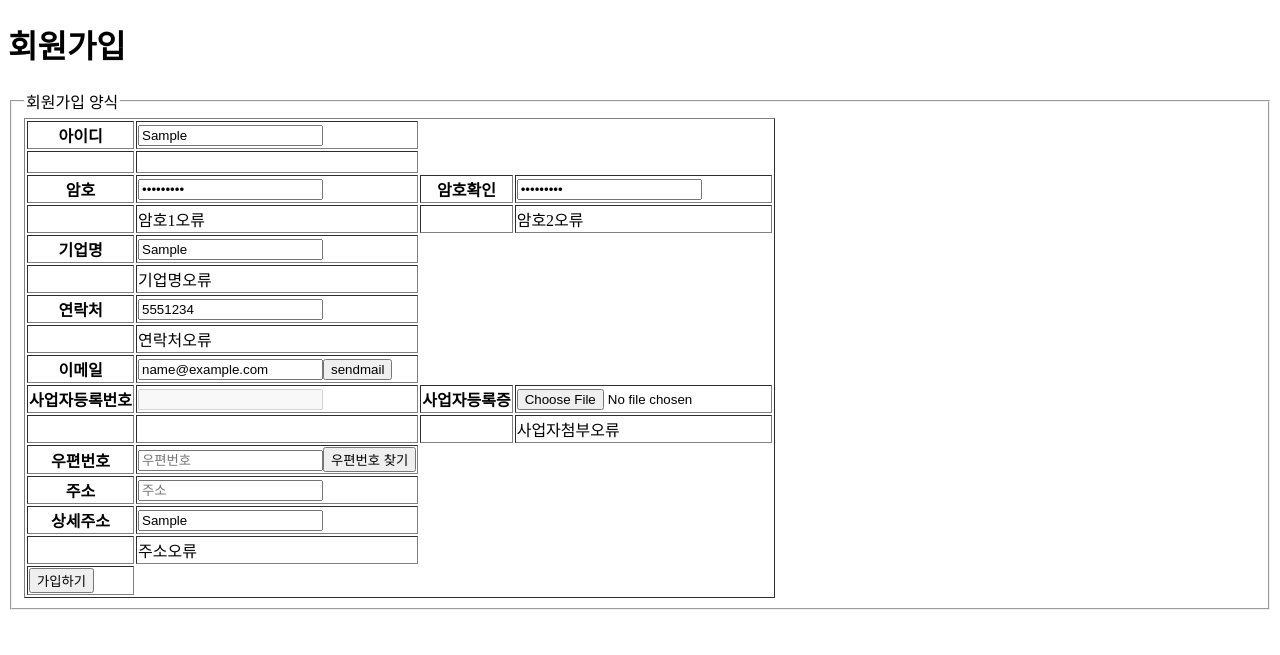
Repository: jsung95/MY_JEE_BAK
Page: http://localhost/notice_test/WEB-INF/views/register/register.jsp
An editor plug-in stored every save of this project. The page is shown before and after the next save, followed by the edit.
The browser window is 1280 px wide. The pictures show the whole page.
Empty fields were first filled with sample values (such as "Sample", 5 or name@example.com).
After loading, the first visible `#memberid` was changed once.
The page is served by Tomcat 9. Nobody is signed in. The template is opened directly, without the code that normally fills it, so the values that code supplies are empty.

Above is the page before, as saved 2021-08-22 02:50:54.

After the next save:
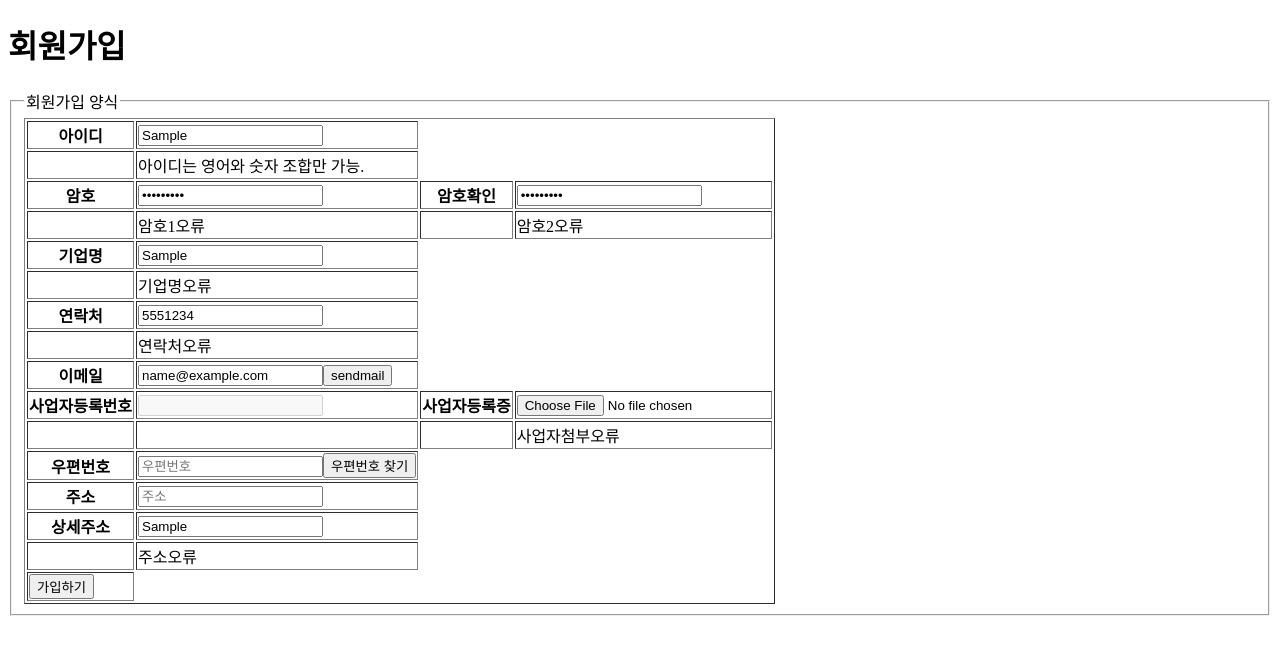
Saved 58 s later.
--- a/notice_test/src/main/webapp/WEB-INF/views/register/register.jsp
+++ b/notice_test/src/main/webapp/WEB-INF/views/register/register.jsp
@@ -193,7 +193,7 @@
             if($('#memberid').val() == "" || $('#memberid').val().length == 0){
                 $('#id_error').text('아이디를 입력해주세요.');
             } else {
-                var pattern = /^[a-zA-Z0-9]*$/;
+                var pattern = /^[a-z0-9]$/;
                 if(!pattern.test($('#memberid').val())){
                     $('#id_error').text('아이디는 영어와 숫자 조합만 가능.');
 
